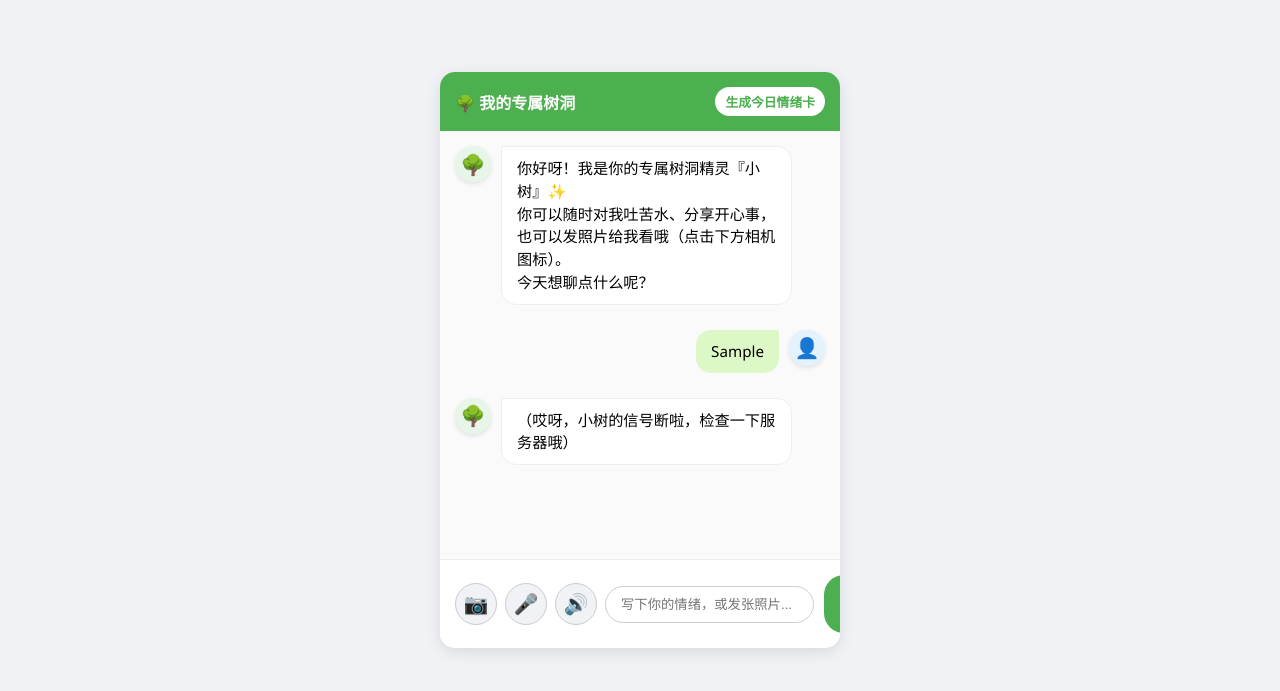
Repository: QinghuaSun1127/Tree_house
Page: index.html
An editor plug-in stored every save of this project. The page is shown before and after the next save, followed by the edit.
The browser window is 1280 px wide. The pictures show the whole page.
Empty fields were first filled with sample values (such as "Sample", 5 or name@example.com).
After loading, the first visible `button.send-btn` was clicked once.
The page's requests for data from a server got no answer. Some web libraries are served in a nearby version.

Above is the page before, as saved 2026-04-10 11:45:46.

After the next save:
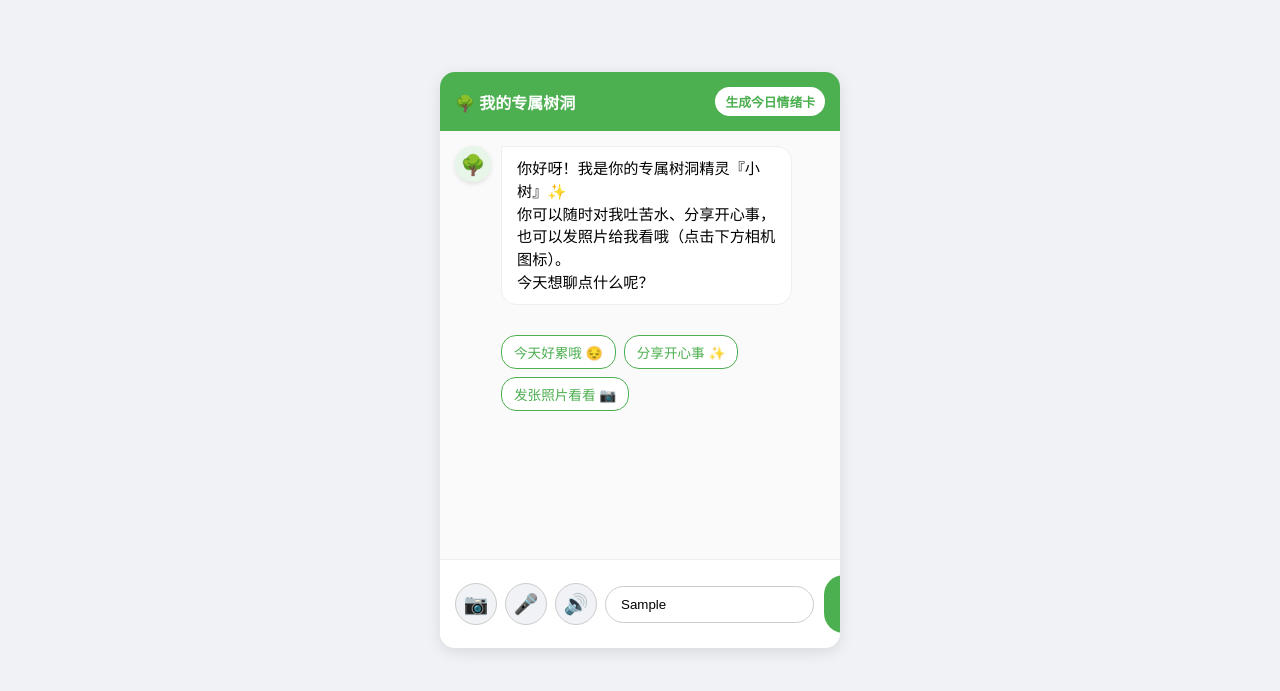
Console error (its wording comes from the project's code and is left out).
Saved 73 min 55 s later.
--- a/index.html
+++ b/index.html
@@ -445,18 +445,12 @@
                 const chatBox = document.getElementById('chatBox');
                 const text = inputField.value.trim();
 
-                // 如果没写字也没发图，就不执行
                 if (!text && !currentImageDataUrl) return;
 
-                // 隐藏快捷引导气泡
                 const quickReplies = document.getElementById('quickReplies');
                 if (quickReplies) quickReplies.style.display = 'none';
 
-                // ==========================================
-                // 👇 这里就是修改后的：渲染用户气泡（加入了 3D 图片支持）
-                // ==========================================
-                const imageId = 'img-' + Date.now(); // 给图片生成一个唯一的身份证号
-                // 如果用户传了图片，预留一个专属的 HTML 容器
+                const imageId = 'img-' + Date.now();
                 let imageHTML = currentImageDataUrl ? `<div id="${imageId}" style="margin-top: 8px; border-radius: 8px; overflow: hidden; cursor: crosshair;"></div>` : '';
 
                 let userMessageHTML = `
@@ -467,16 +461,54 @@
                     ${imageHTML}
                 </div>
             </div>`;
-                chatBox.innerHTML += userMessageHTML;
+
+                // ✅ 修复幽灵Bug：用优雅的节点插入代替暴力的 innerHTML +=
+                chatBox.insertAdjacentHTML('beforeend', userMessageHTML);
 
                 fullChatHistory += `用户说：${text}\n`;
                 inputField.value = '';
                 chatBox.scrollTop = chatBox.scrollHeight;
 
-                // 如果有图片，立刻向后端索要深度图，并召唤 3D 魔法！
                 if (currentImageDataUrl) {
                     create3DPhoto(imageId, currentImageDataUrl);
                 }
+
+                const loadingId = 'loading-' + Date.now();
+                let aiLoadingHTML = `
+            <div class="message-wrapper ai-wrapper">
+                <div class="avatar ai-avatar">🌳</div>
+                <div class="message ai-message" id="${loadingId}">小树正在敲字...</div>
+            </div>`;
+
+                // ✅ 修复幽灵Bug：同样替换成 insertAdjacentHTML
+                chatBox.insertAdjacentHTML('beforeend', aiLoadingHTML);
+                chatBox.scrollTop = chatBox.scrollHeight;
+
+                try {
+                    const response = await fetch('http://127.0.0.1:8000/chat', {
+                        method: 'POST',
+                        headers: { 'Content-Type': 'application/json' },
+                        body: JSON.stringify({
+                            text: text,
+                            image_url: currentImageDataUrl
+                        })
+                    });
+
+                    const data = await response.json();
+                    document.getElementById(loadingId).innerText = data.reply;
+                    fullChatHistory += `小树回复：${data.reply}\n`;
+
+                    if (typeof speakText === 'function') {
+                        speakText(data.reply);
+                    }
+
+                } catch (error) {
+                    document.getElementById(loadingId).innerText = "（哎呀，小树的信号断啦，检查一下服务器哦）";
+                }
+
+                clearImage();
+                chatBox.scrollTop = chatBox.scrollHeight;
+            }
                 // ==========================================
                 // 👆 修改结束
                 // ==========================================
